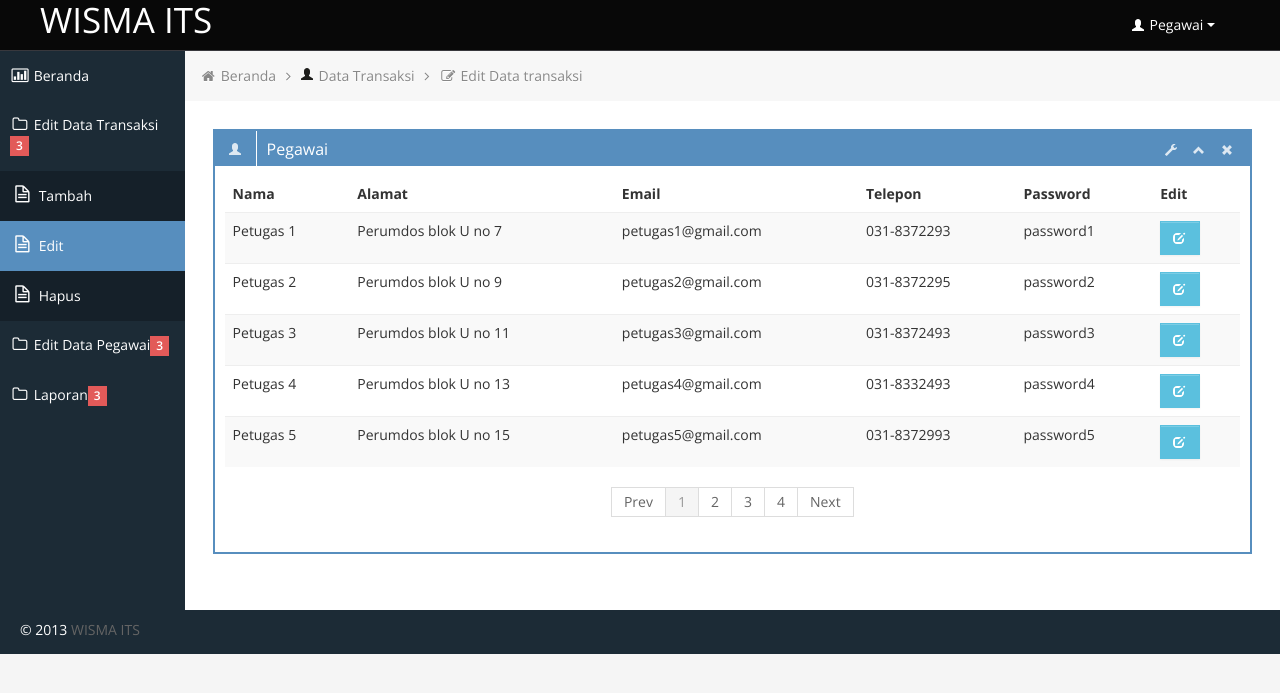
Repository: yohanadps/Wisma
Page: edittransaksi.html
The author's editor kept a record of every edit. The page is drawn from the files as they stood at one moment, then again after the next edit.
The browser window is 1280 px wide. The pictures show the whole page.

Above is the page before.
Console error: TypeError: Cannot read properties of undefined (reading 'oApi')

### edittransaksi.html
<!DOCTYPE html>
<html lang="en">
<head>

	<!-- start: Meta -->
	<meta charset="utf-8">
	<title>Bootstrap Metro Dashboard by Dennis Ji for ARM demo</title>
	<meta name="description" content="Bootstrap Metro Dashboard">
	<meta name="author" content="Dennis Ji">
	<meta name="keyword" content="Metro, Metro UI, Dashboard, Bootstrap, Admin, Template, Theme, Responsive, Fluid, Retina">
	<!-- end: Meta -->

	<!-- start: Mobile Specific -->
	<meta name="viewport" content="width=device-width, initial-scale=1">
	<!-- end: Mobile Specific -->

	<!-- start: CSS -->
	<link id="bootstrap-style" href="css/bootstrap.min.css" rel="stylesheet">
	<link href="css/bootstrap-responsive.min.css" rel="stylesheet">
	<link id="base-style" href="css/style.css" rel="stylesheet">
	<link id="base-style-responsive" href="css/style-responsive.css" rel="stylesheet">
	<link href='http://fonts.googleapis.com/css?family=Open+Sans:300italic,400italic,600italic,700italic,800italic,400,300,600,700,800&subset=latin,cyrillic-ext,latin-ext' rel='stylesheet' type='text/css'>
	<!-- end: CSS -->


	<!-- The HTML5 shim, for IE6-8 support of HTML5 elements -->
	<!--[if lt IE 9]>
	  	<script src="http://html5shim.googlecode.com/svn/trunk/html5.js"></script>
		<link id="ie-style" href="css/ie.css" rel="stylesheet">
	<![endif]-->

	<!--[if IE 9]>
		<link id="ie9style" href="css/ie9.css" rel="stylesheet">
	<![endif]-->

	<!-- start: Favicon -->
	<link rel="shortcut icon" href="img/favicon.ico">
	<!-- end: Favicon -->




</head>

<body>
		<!-- start: Header -->
	<div class="navbar">
		<div class="navbar-inner">
			<div class="container-fluid">
				<a class="btn btn-navbar" data-toggle="collapse" data-target=".top-nav.nav-collapse,.sidebar-nav.nav-collapse">
					<span class="icon-bar"></span>
					<span class="icon-bar"></span>
					<span class="icon-bar"></span>
				</a>
				<a class="brand" href="index.html"><span>WISMA ITS</span></a>

				<!-- start: Header Menu -->
				<div class="nav-no-collapse header-nav">
					<ul class="nav pull-right">
						<li class="dropdown">
							<a class="btn dropdown-toggle" data-toggle="dropdown" href="#">
								<i class="halflings-icon white user"></i> Pegawai
								<span class="caret"></span>
							</a>
							<ul class="dropdown-menu">
								<li class="dropdown-menu-title">
 									<span>Account Settings</span>
								</li>
								<li><a href="#"><i class="halflings-icon user"></i> Profile</a></li>
								<li><a href="login.html"><i class="halflings-icon off"></i> Logout</a></li>
							</ul>
						</li>
						<!-- end: User Dropdown -->
					</ul>
				</div>
				<!-- end: Header Menu -->

			</div>
		</div>
	</div>
	<!-- start: Header -->

		<div class="container-fluid-full">
		<div class="row-fluid">

			<!-- start: Main Menu -->
			<div id="sidebar-left" class="span2">
				<div class="nav-collapse sidebar-nav">
					<ul class="nav nav-tabs nav-stacked main-menu">
						<li><a href="berandapegawai.html"><i class="icon-bar-chart"></i><span class="hidden-tablet"> Beranda</span></a></li>
						<li>
							<a class="dropmenu" href="#"><i class="icon-folder-close-alt"></i><span class="hidden-tablet"> Edit Data Transaksi</span><span class="label label-important"> 3 </span></a>
							<ul>
								<li><a class="submenu" href="tambahtransaksi.html"><i class="icon-file-alt"></i><span class="hidden-tablet"> Tambah</span></a></li>
								<li><a class="submenu" href="edittransaksi.html"><i class="icon-file-alt"></i><span class="hidden-tablet"> Edit</span></a></li>
								<li><a class="submenu" href="hapustransaksi.html"><i class="icon-file-alt"></i><span class="hidden-tablet"> Hapus</span></a></li>
							</ul>
						</li>
						<li>
							<a class="dropmenu" href="#"><i class="icon-folder-close-alt"></i><span class="hidden-tablet"> Edit Data Pegawai</span><span class="label label-important"> 3 </span></a>
							<ul>
								<li><a class="submenu" href="tambahpegawai.html"><i class="icon-file-alt"></i><span class="hidden-tablet"> Tambah</span></a></li>
								<li><a class="submenu" href="editpegawai.html"><i class="icon-file-alt"></i><span class="hidden-tablet"> Edit</span></a></li>
								<li><a class="submenu" href="hapuspegawai.html"><i class="icon-file-alt"></i><span class="hidden-tablet"> Hapus</span></a></li>
							</ul>
						</li>
						<li>
							<a class="dropmenu" href="#"><i class="icon-folder-close-alt"></i><span class="hidden-tablet"> Laporan</span><span class="label label-important"> 3 </span></a>
							<ul>
								<li><a class="submenu" href="pemasukan.html"><i class="icon-file-alt"></i><span class="hidden-tablet"> Pemasukan Wisma</span></a></li>
								<li><a class="submenu" href="kondisiproperti.html"><i class="icon-file-alt"></i><span class="hidden-tablet"> Kondisi Properti</span></a></li>
								<li><a class="submenu" href="daftarpenyewa.html"><i class="icon-file-alt"></i><span class="hidden-tablet"> Daftar Penyewa</span></a></li>
							</ul>
						</li>
					</ul>
				</div>
			</div>
			<!-- end: Main Menu -->

			<noscript>
				<div class="alert alert-block span10">
					<h4 class="alert-heading">Warning!</h4>
					<p>You need to have <a href="http://en.wikipedia.org/wiki/JavaScript" target="_blank">JavaScript</a> enabled to use this site.</p>
				</div>
			</noscript>



					<!-- start: Content -->
			<div id="content" class="span10">


			<ul class="breadcrumb">
				<li>
					<i class="icon-home"></i>
					<a href="index.html">Beranda</a>
					<i class="icon-angle-right"></i>
				</li>
				<li>
					<i class="halflings-icon user"></i>
					<a href="#">Data Transaksi</a>
					<i class="icon-angle-right"></i>
				</li>
				<li>
					<i class="icon-edit"></i>
					<a href="#">Edit Data transaksi</a>
				</li>
			</ul>

			<div class="row-fluid sortable">
				<div class="box span12">
					<div class="box-header">
					    <h2><i class="halflings-icon white user"></i><span class="break"></span>Pegawai</h2>
						<div class="box-icon">
							<a href="#" class="btn-setting"><i class="halflings-icon white wrench"></i></a>
							<a href="#" class="btn-minimize"><i class="halflings-icon white chevron-up"></i></a>
							<a href="#" class="btn-close"><i class="halflings-icon white remove"></i></a>
						</div>
					</div>
					<div class="box-content">
						<table class="table table-striped">
							  <thead>
								  <tr>
									  <th>Nama</th>
									  <th>Alamat</th>
									  <th>Email</th>
									  <th>Telepon</th>
									  <th>Password</th>
									  <th>Edit</th>
								  </tr>
							  </thead>
							  <tbody>
								<tr>
									<td>Petugas 1</td>
									<td class="center">Perumdos blok U no 7</td>
									<td class="center">petugas1@gmail.com</td>
									<td class="center">031-8372293</td>
									<td class="center">password1</td>
    								<td class="center">
    									<a class="btn btn-info" href="inputeditpegawai.html">
    										<i class="halflings-icon white edit"></i>
    									</a>
    								</td>
								</tr>
									<tr>
									<td>Petugas 2</td>
									<td class="center">Perumdos blok U no 9</td>
									<td class="center">petugas2@gmail.com</td>
									<td class="center">031-8372295</td>
									<td class="center">password2</td>
    								<td class="center">
    									<a class="btn btn-info" href="inputeditpegawai.html">
    										<i class="halflings-icon white edit"></i>
    									</a>
    								</td>
								</tr>
				                <tr>
									<td>Petugas 3</td>
									<td class="center">Perumdos blok U no 11</td>
									<td class="center">petugas3@gmail.com</td>
									<td class="center">031-8372493</td>
									<td class="center">password3</td>
    								<td class="center">
    									<a class="btn btn-info" href="inputeditpegawai.html">
    										<i class="halflings-icon white edit"></i>
    									</a>
    								</td>
								</tr>
								<tr>
									<td>Petugas 4</td>
									<td class="center">Perumdos blok U no 13</td>
									<td class="center">petugas4@gmail.com</td>
									<td class="center">031-8332493</td>
									<td class="center">password4</td>
    								<td class="center">
    									<a class="btn btn-info" href="inputeditpegawai.html">
    										<i class="halflings-icon white edit"></i>
    									</a>
    								</td>
								</tr>
								<tr>
									<td>Petugas 5</td>
									<td class="center">Perumdos blok U no 15</td>
									<td class="center">petugas5@gmail.com</td>
									<td class="center">031-8372993</td>
									<td class="center">password5</td>
    								<td class="center">
    									<a class="btn btn-info" href="inputeditpegawai.html">
    										<i class="halflings-icon white edit"></i>
    									</a>
    								</td>
								</tr>
							  </tbody>
						 </table>
						 <div class="pagination pagination-centered">
						  <ul>
							<li><a href="#">Prev</a></li>
							<li class="active">
							  <a href="#">1</a>
							</li>
							<li><a href="#">2</a></li>
							<li><a href="#">3</a></li>
							<li><a href="#">4</a></li>
							<li><a href="#">Next</a></li>
						  </ul>
						</div>
					</div>
				</div><!--/span-->


			</div><!--/row-->
	</div><!--/.fluid-container-->

			<!-- end: Content -->
		</div><!--/#content.span10-->
		</div><!--/fluid-row-->

	<div class="modal hide fade" id="myModal">
		<div class="modal-header">
			<button type="button" class="close" data-dismiss="modal">×</button>
			<h3>Settings</h3>
		</div>
		<div class="modal-body">
			<p>Here settings can be configured...</p>
		</div>
		<div class="modal-footer">
			<a href="#" class="btn" data-dismiss="modal">Close</a>
			<a href="#" class="btn btn-primary">Save changes</a>
		</div>
	</div>

	<div class="common-modal modal fade" id="common-Modal1" tabindex="-1" role="dialog" aria-hidden="true">
		<div class="modal-content">
			<ul class="list-inline item-details">
				<li><a href="http://themifycloud.com">Admin templates</a></li>
				<li><a href="http://themescloud.org">Bootstrap themes</a></li>
			</ul>
		</div>
	</div>

	<div class="clearfix"></div>

	<footer>

		<p>
			<span style="text-align:left;float:left">&copy; 2013 <a href="http://themifycloud.com/downloads/janux-free-responsive-admin-dashboard-template/" alt="Bootstrap_Metro_Dashboard">WISMA ITS</a></span>

		</p>

	</footer>

	<!-- start: JavaScript-->

		<script src="js/jquery-1.9.1.min.js"></script>
	<script src="js/jquery-migrate-1.0.0.min.js"></script>

		<script src="js/jquery-ui-1.10.0.custom.min.js"></script>

		<script src="js/jquery.ui.touch-punch.js"></script>

		<script src="js/modernizr.js"></script>

		<script src="js/bootstrap.min.js"></script>

		<script src="js/jquery.cookie.js"></script>

		<script src='js/fullcalendar.min.js'></script>

		<script src="js/excanvas.js"></script>
	    <script src="js/jquery.flot.js"></script>
	    <script src="js/jquery.flot.pie.js"></script>
	    <script src="js/jquery.flot.stack.js"></script>
    	<script src="js/jquery.flot.resize.min.js"></script>

		<script src="js/jquery.chosen.min.js"></script>

		<script src="js/jquery.uniform.min.js"></script>

		<script src="js/jquery.cleditor.min.js"></script>

		<script src="js/jquery.noty.js"></script>

		<script src="js/jquery.elfinder.min.js"></script>

		<script src="js/jquery.raty.min.js"></script>

		<script src="js/jquery.iphone.toggle.js"></script>

		<script src="js/jquery.uploadify-3.1.min.js"></script>

		<script src="js/jquery.gritter.min.js"></script>

		<script src="js/jquery.imagesloaded.js"></script>

		<script src="js/jquery.masonry.min.js"></script>

		<script src="js/jquery.knob.modified.js"></script>

		<script src="js/jquery.sparkline.min.js"></script>

		<script src="js/counter.js"></script>

		<script src="js/retina.js"></script>

		<script src="js/custom.js"></script>
	<!-- end: JavaScript-->

</body>
</html>

### css/elfinder.theme.css
/**
 * MacOS X like theme for elFinder.
 * Required jquery ui "smoothness" theme.
 *
 * @author Dmitry (dio) Levashov
 **/

/* dialogs */
.std42-dialog, .std42-dialog .ui-widget-content { background-color:#ededed; background-image:none; background-clip: content-box; }

/* navbar */
.elfinder .elfinder-navbar { background:#dde4eb; }
.elfinder-navbar .ui-state-hover  { background:transparent; border-color:transparent; }
.elfinder-navbar .ui-state-active { background: #3875d7;    border-color:#3875d7; color:#fff; }
/* disabled elfinder */
.elfinder-disabled .elfinder-navbar .ui-state-active { background: #dadada; border-color:#aaa; color:#fff; }


/* current directory */
/* selected file in "icons" view */
.elfinder-cwd-view-icons .elfinder-cwd-file .ui-state-hover { background:#ccc; }
/* list view*/
.elfinder-cwd table tr:nth-child(odd) { background-color:#edf3fe; }
.elfinder-cwd table tr { border-top:1px solid #fff; }

/* common selected background/color */
.elfinder-cwd-view-icons .elfinder-cwd-file .elfinder-cwd-filename.ui-state-hover,
.elfinder-cwd table td.ui-state-hover,
.elfinder-button-menu .ui-state-hover { background: #3875d7; color:#fff;}
/* disabled elfinder */
.elfinder-disabled .elfinder-cwd-view-icons .elfinder-cwd-file .elfinder-cwd-filename.ui-state-hover,
.elfinder-disabled .elfinder-cwd table td.ui-state-hover { background:#dadada;}

/* statusbar */
.elfinder .elfinder-statusbar { color:#555; }
.elfinder .elfinder-statusbar a { text-decoration:none; color:#555;}


.std42-dialog .elfinder-help, .std42-dialog .elfinder-help .ui-widget-content { background:#fff;}

/* contextmenu */
.elfinder-contextmenu .ui-state-hover { background: #3875d7; color:#fff; }
.elfinder-contextmenu .ui-state-hover .elfinder-contextmenu-arrow { background-image:url('../img/arrows-active.png'); }

### css/uploadify.css
/*
Uploadify
Copyright (c) 2012 Reactive Apps, Ronnie Garcia
Released under the MIT License <http://www.opensource.org/licenses/mit-license.php>
*/

.uploadify {
	position: relative;
	margin-bottom: 1em;
}
.uploadify-button {
	background-color: #505050;
	background-image: linear-gradient(bottom, #505050 0%, #707070 100%);
	background-image: -o-linear-gradient(bottom, #505050 0%, #707070 100%);
	background-image: -moz-linear-gradient(bottom, #505050 0%, #707070 100%);
	background-image: -webkit-linear-gradient(bottom, #505050 0%, #707070 100%);
	background-image: -ms-linear-gradient(bottom, #505050 0%, #707070 100%);
	background-image: -webkit-gradient(
		linear,
		left bottom,
		left top,
		color-stop(0, #505050),
		color-stop(1, #707070)
	);
	background-position: center top;
	background-repeat: no-repeat;
	-webkit-border-radius: 30px;
	-moz-border-radius: 30px;
	border-radius: 30px;
	border: 2px solid #808080;
	color: #FFF;
	font: bold 12px Arial, Helvetica, sans-serif;
	text-align: center;
	text-shadow: 0 -1px 0 rgba(0,0,0,0.25);
	width: 100%;
}
.uploadify:hover .uploadify-button {
	background-color: #606060;
	background-image: linear-gradient(top, #606060 0%, #808080 100%);
	background-image: -o-linear-gradient(top, #606060 0%, #808080 100%);
	background-image: -moz-linear-gradient(top, #606060 0%, #808080 100%);
	background-image: -webkit-linear-gradient(top, #606060 0%, #808080 100%);
	background-image: -ms-linear-gradient(top, #606060 0%, #808080 100%);
	background-image: -webkit-gradient(
		linear,
		left bottom,
		left top,
		color-stop(0, #606060),
		color-stop(1, #808080)
	);
	background-position: center bottom;
}
.uploadify-button.disabled {
	background-color: #D0D0D0;
	color: #808080;
}
.uploadify-queue {
	margin-bottom: 1em;
}
.uploadify-queue-item {
	background-color: #F5F5F5;
	-webkit-border-radius: 3px;
	-moz-border-radius: 3px;
	border-radius: 3px;
	font: 11px Verdana, Geneva, sans-serif;
	margin-top: 5px;
	max-width: 350px;
	padding: 10px;
}
.uploadify-error {
	background-color: #FDE5DD !important;
}
.uploadify-queue-item .cancel a {
	background: url('../img/uploadify-cancel.png') 0 0 no-repeat;
	float: right;
	height:	16px;
	text-indent: -9999px;
	width: 16px;
}
.uploadify-queue-item.completed {
	background-color: #E5E5E5;
}
.uploadify-progress {
	background-color: #E5E5E5;
	margin-top: 10px;
	width: 100%;
}
.uploadify-progress-bar {
	background-color: #0099FF;
	height: 3px;
	width: 1px;
}

Loaded but not shown: css/bootstrap.min.css (library); css/bootstrap-responsive.min.css (library); js/jquery-1.9.1.min.js (library); js/jquery-migrate-1.0.0.min.js (library); js/jquery-ui-1.10.0.custom.min.js (library); js/jquery.ui.touch-punch.js (library); js/modernizr.js (library); js/bootstrap.min.js (library); js/jquery.cookie.js (common file); js/fullcalendar.min.js (library); js/jquery.flot.js (library); js/jquery.flot.pie.js (library); js/jquery.flot.stack.js (library); js/jquery.flot.resize.min.js (common file); js/jquery.chosen.min.js (library); js/jquery.uniform.min.js (library); js/jquery.cleditor.min.js (library); js/jquery.noty.js (library); js/jquery.elfinder.min.js (library); js/jquery.raty.min.js (library); js/jquery.iphone.toggle.js (library); js/jquery.uploadify-3.1.min.js (library); js/jquery.gritter.min.js (library); js/jquery.imagesloaded.js (library); js/jquery.masonry.min.js (library); js/jquery.knob.modified.js (library); js/jquery.sparkline.min.js (library); css/jquery-ui-1.8.21.custom.css (library); css/jquery.cleditor.css (common file); css/jquery.noty.css (common file); css/elfinder.min.css (library); css/jquery.iphone.toggle.css (library); css/jquery.gritter.css (common file); css/font-awesome.min.css (library); css/font-awesome-ie7.min.css (library); js/custom.js (2283 lines, source omitted); js/excanvas.js (1427 lines, source omitted); js/counter.js (46 lines, source omitted); js/retina.js (3 lines, source omitted); css/style.css (3007 lines, source omitted); css/glyphicons.css (2577 lines, source omitted); css/halflings.css (1023 lines, source omitted); css/style-forms.css (923 lines, source omitted); css/chosen.css (398 lines, source omitted); css/fullcalendar.css (625 lines, source omitted); css/uniform.default.css (609 lines, source omitted); css/style-responsive.css (534 lines, source omitted); css/noty_theme_default.css (239 lines, source omitted)

After the next edit:
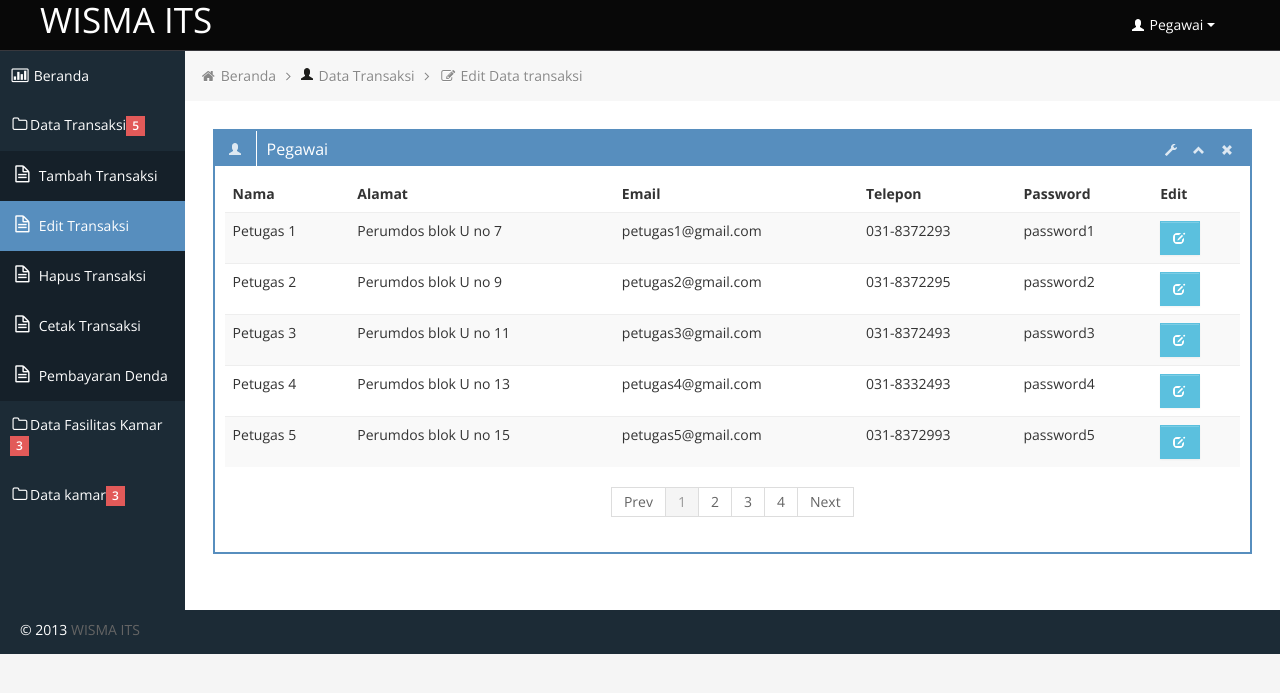
The edit:
--- a/edittransaksi.html
+++ b/edittransaksi.html
@@ -89,27 +89,29 @@
 					<ul class="nav nav-tabs nav-stacked main-menu">
 						<li><a href="berandapegawai.html"><i class="icon-bar-chart"></i><span class="hidden-tablet"> Beranda</span></a></li>
 						<li>
-							<a class="dropmenu" href="#"><i class="icon-folder-close-alt"></i><span class="hidden-tablet"> Edit Data Transaksi</span><span class="label label-important"> 3 </span></a>
+							<a class="dropmenu" href="#"><i class="icon-folder-close-alt"></i><span class="hidden-tablet">Data Transaksi</span><span class="label label-important"> 5 </span></a>
 							<ul>
-								<li><a class="submenu" href="tambahtransaksi.html"><i class="icon-file-alt"></i><span class="hidden-tablet"> Tambah</span></a></li>
-								<li><a class="submenu" href="edittransaksi.html"><i class="icon-file-alt"></i><span class="hidden-tablet"> Edit</span></a></li>
-								<li><a class="submenu" href="hapustransaksi.html"><i class="icon-file-alt"></i><span class="hidden-tablet"> Hapus</span></a></li>
+								<li><a class="submenu" href="tambahtransaksi.html"><i class="icon-file-alt"></i><span class="hidden-tablet"> Tambah Transaksi</span></a></li>
+								<li><a class="submenu" href="edittransaksi.html"><i class="icon-file-alt"></i><span class="hidden-tablet"> Edit Transaksi</span></a></li>
+								<li><a class="submenu" href="hapustransaksi.html"><i class="icon-file-alt"></i><span class="hidden-tablet"> Hapus Transaksi</span></a></li>
+								<li><a class="submenu" href="cetaktransaksi.html"><i class="icon-file-alt"></i><span class="hidden-tablet"> Cetak Transaksi</cetaktransaksi></span></a></li>
+								<li><a class="submenu" href="dendatransaksi.html"><i class="icon-file-alt"></i><span class="hidden-tablet"> Pembayaran Denda</cetaktransaksi></span></a></li>
 							</ul>
 						</li>
 						<li>
-							<a class="dropmenu" href="#"><i class="icon-folder-close-alt"></i><span class="hidden-tablet"> Edit Data Pegawai</span><span class="label label-important"> 3 </span></a>
+							<a class="dropmenu" href="#"><i class="icon-folder-close-alt"></i><span class="hidden-tablet">Data Fasilitas Kamar</span><span class="label label-important"> 3 </span></a>
 							<ul>
-								<li><a class="submenu" href="tambahpegawai.html"><i class="icon-file-alt"></i><span class="hidden-tablet"> Tambah</span></a></li>
-								<li><a class="submenu" href="editpegawai.html"><i class="icon-file-alt"></i><span class="hidden-tablet"> Edit</span></a></li>
-								<li><a class="submenu" href="hapuspegawai.html"><i class="icon-file-alt"></i><span class="hidden-tablet"> Hapus</span></a></li>
+								<li><a class="submenu" href="tambahfasilitas.html"><i class="icon-file-alt"></i><span class="hidden-tablet"> Tambah fasilitas</span></a></li>
+								<li><a class="submenu" href="editfasilitas.html"><i class="icon-file-alt"></i><span class="hidden-tablet"> Edit fasilitas</span></a></li>
+								<li><a class="submenu" href="hapusfasilitas.html"><i class="icon-file-alt"></i><span class="hidden-tablet"> Hapus fasilitas</span></a></li>
 							</ul>
 						</li>
 						<li>
-							<a class="dropmenu" href="#"><i class="icon-folder-close-alt"></i><span class="hidden-tablet"> Laporan</span><span class="label label-important"> 3 </span></a>
+							<a class="dropmenu" href="#"><i class="icon-folder-close-alt"></i><span class="hidden-tablet">Data kamar</span><span class="label label-important"> 3 </span></a>
 							<ul>
-								<li><a class="submenu" href="pemasukan.html"><i class="icon-file-alt"></i><span class="hidden-tablet"> Pemasukan Wisma</span></a></li>
-								<li><a class="submenu" href="kondisiproperti.html"><i class="icon-file-alt"></i><span class="hidden-tablet"> Kondisi Properti</span></a></li>
-								<li><a class="submenu" href="daftarpenyewa.html"><i class="icon-file-alt"></i><span class="hidden-tablet"> Daftar Penyewa</span></a></li>
+								<li><a class="submenu" href="tambahkamar.html"><i class="icon-file-alt"></i><span class="hidden-tablet"> Tambah kamar</span></a></li>
+								<li><a class="submenu" href="editkamar.html"><i class="icon-file-alt"></i><span class="hidden-tablet"> Edit kama</span></a></li>
+								<li><a class="submenu" href="hapuskamar.html"><i class="icon-file-alt"></i><span class="hidden-tablet">Hapus kamar</span></a></li>
 							</ul>
 						</li>
 					</ul>
